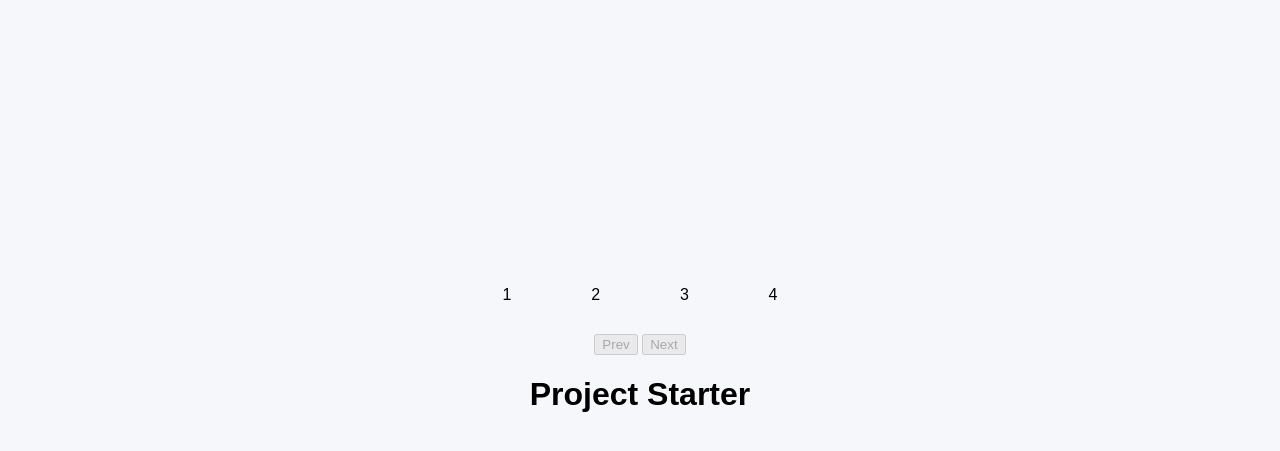
Repository: Williamlmachado/Progress-steps
Page: index.html
The author's editor kept a copy of each file at every save. The page is drawn from the files as they stood at one save, then again after the next save.
The browser window is 1280 px wide. The pictures show the whole page.
Some web fonts or font styles are not loaded; a fallback is used.

Above is the page before, as saved 2021-08-11 09:40:30.

### index.html
<!DOCTYPE html>
<html lang="en">
    <head>
        <meta charset="UTF-8">
        <meta name="viewport" content="width=device=width, initial-scale=1.0"/>
        <link rel="stylesheet" href="style.css"/>
        <title>Progress Steps</title>
    </head>
    <body>
        <div class="container">
            <div class="progress-container">
                <div class="progress" id="progress"></div>
                <div class="circle active">1</div>
                <div class="circle">2</div>
                <div class="circle">3</div>
                <div class="circle">4</div>
            </div>
            <button class="btn" id="prev" disabled>Prev</button>
            <button class="btn" id="prev" disabled>Next</button>
        </div>
        <h1>Project Starter</h1>
        <script src="script.js"></script>
    </body>
</html>

### style.css
@import url('https://font.googleapis.com/css?family=Muli&display=swap');

*{
    box-sizing: border-box;
}
body{
    background-color: #f6f7fb;
    font-family: 'Muli',sans-serif;
    display: flex;
    flex-direction: column;
    align-items: center;
    justify-content: center;
    height: 100vh;
    overflow: hidden;
    margin: 0;
}
.container{
    text-align: center;
}
.progress-container{
    display: flex;
    justify-content: space-between;
    position: relative;
    margin-bottom: 30px;
    max-width: 100%;
    width: 275px;
}
.progress{
    background-color: #3498db;
    position: absolute;
    top:50%;
    left: 0;
    transform: translateY(-50%);
    height: 4px;
}

Loaded but not shown: script.js (no copy from this time; the picture is the same without it)

After the next save:
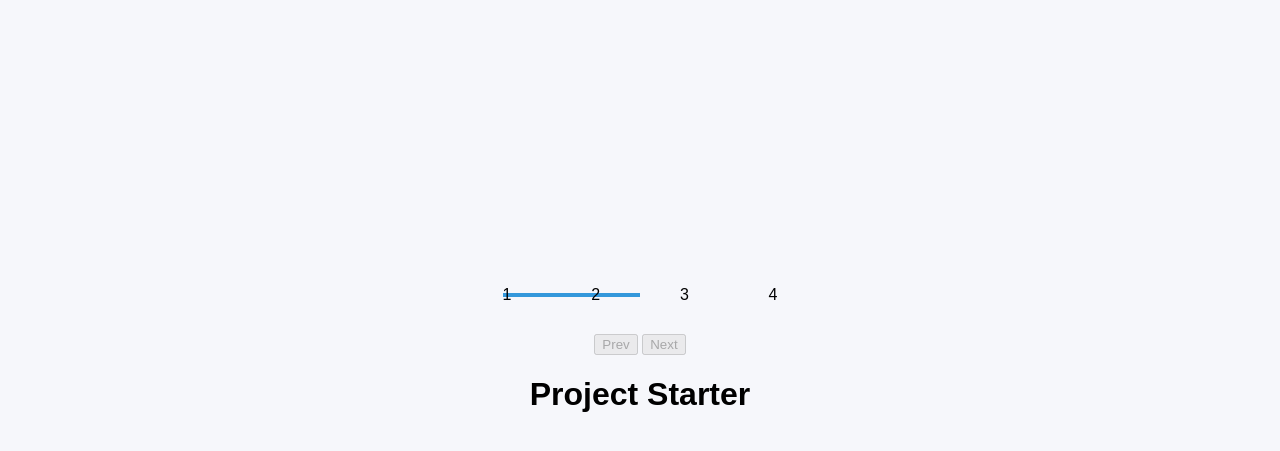
Saved 36 s later.
--- a/style.css
+++ b/style.css
@@ -32,4 +32,7 @@
     left: 0;
     transform: translateY(-50%);
     height: 4px;
+    width: 50%;
+    z-index: -1;
+    transition: 0.4s ease;
 }

After the save that followed:
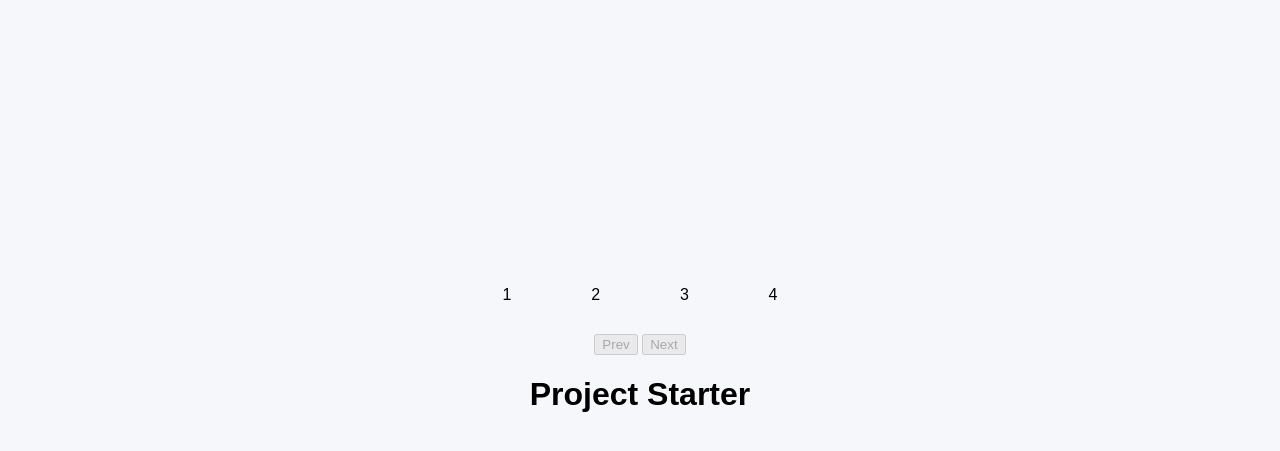
Saved 19 s later.
--- a/style.css
+++ b/style.css
@@ -32,7 +32,7 @@
     left: 0;
     transform: translateY(-50%);
     height: 4px;
-    width: 50%;
+    width: 0%;
     z-index: -1;
     transition: 0.4s ease;
 }
